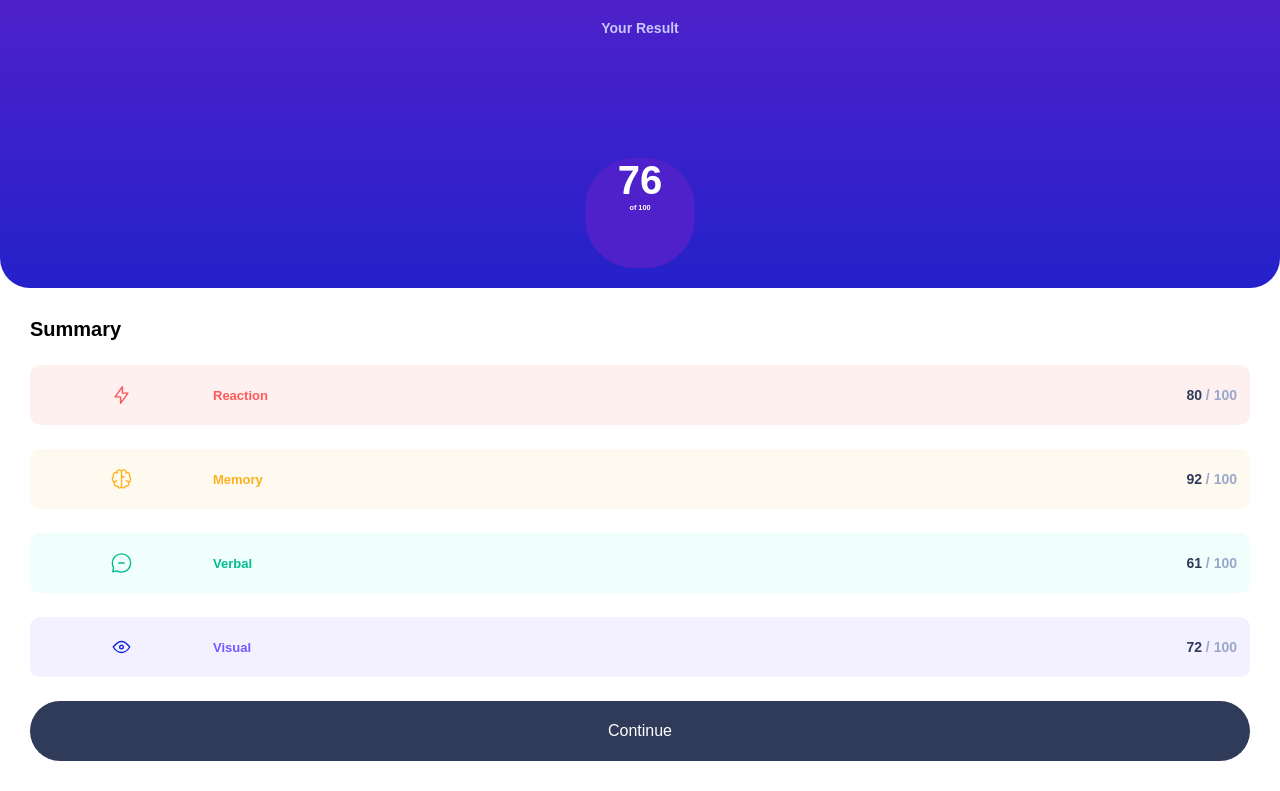
Repository: limaneto/frontend-mentor-results-summary
Page: index.html
The author's editor kept a copy of each file at every save. The page is drawn from the files as they stood at one save, then again after the next save.
The browser window is 1280 px wide. The pictures show the whole page.

Above is the page before, as saved 2023-11-06 09:05:18.

### index.html
<!DOCTYPE html>
<html lang="en">
  <head>
    <meta charset="UTF-8">
    <meta name="viewport" content="width=device-width, initial-scale=1.0">
    <link rel="stylesheet" href="style.css">
  </head>
  <body>
    <main>
      <section id='result'>
        <h1>Your Result</h1>
        <span id='score'>
          <h2>76</h2>
          <h3>of 100</h3>
        </span>
      </section>
      <summary>
        <h2>Summary</h2>
        <ul>
          <li id='reaction'>
            <img id='icons' src="./assets/images/icon-reaction.svg" alt="Lightning">
            Reaction
            <span>
              80 <span>/ 100</span>
            </span>
          </li>
          <li id='memory'>
            <img id='icons' src="./assets/images/icon-memory.svg" alt="Brain">
            Memory
            <span>
              92 <span>/ 100</span>
            </span>
          </li>
          <li id='verbal'>
            <img id='icons' src="./assets/images/icon-verbal.svg" alt="Cloud">
            Verbal
            <span>
              61 <span>/ 100</span>
            </span>
          </li>
          <li id='visual'>
            <img id='icons' src="./assets/images/icon-visual.svg" alt="Eye">
            Visual
            <span>
              72 <span>/ 100</span>
            </span>
          </li>
        </ul>
        <button>Continue</button>
      </summary>
    </main>
  </body>
</html>

### style.css
:root {
  --red: #ff5959;
  --orangey:	#ffb01f;
  --green: #00bd91;
  --blue: #1125d4;
  --pale-blue: #ebf1ff;
  --white: #ffffff;
  --dark-gray-blue: #303b5a;
  --lavender: #c8c7ff;
  --g-slate-blue: #7857ff;
  --g-royal-blue: #2e2be9;
  --g-violet-blue: #4e21ca;
  --g-persian-blue: #2421ca;
}

@font-face {
  font-family: 'HankenGrotesk', sans-serif;
  src: url(./assets/fonts//HankenGrotesk-VariableFont_wght.ttf);
}

* {
  box-sizing: border-box;
  margin: 0;
  padding: 0;
}

html, body {
  font-size: 62.5%;
  font-family: 'HankenGrotesk', sans-serif;
  height: 100vh;
  width: 100vw;
}

li {
  display: block;
}

main {
  height: 100%;
  width: 100%;
}

section {
  display: flex;
  flex-direction: column;
  align-items: center;
  justify-content: space-between;
  padding: 2.0rem;
  height: 40%;
  background: linear-gradient(0deg, var(--g-persian-blue) 0%, var(--g-violet-blue) 100%);
  background-color: var(--g-royal-blue);
  border-bottom-left-radius: 30px;
  border-bottom-right-radius: 30px;
  color: var(--white);
}

section > h1 {
  font-size: 1.4rem;
  color: var(--lavender);
}

#score {
  text-align: center;
  height: 110px;
  width: 110px;
  border-radius: 5rem;
  background-color: var(--g-violet-blue);
}

#score > h2 {
  font-size: 4rem;
}

summary {
  padding: 30px;
}

summary > h2 {
  font-size: 2rem;
}

summary > ul > li {
  font-size: 1.3rem;
  font-weight: bold;
  display: flex;
  align-items: center;
  width: 100%;
  height: 60px;
  border-radius: 10px;
  background-color: #00bd91;
  margin: 24px 0;
}

#reaction {
  color: var(--red);
  background-color: hsl(0, 100%, 97%);
}

#memory {
  color: var(--orangey);
  background-color: hsl(39, 100%, 97%);
}

#verbal {
  color: var(--green);
  background-color: hsl(166, 100%, 97%);
}

#visual {
  color: var(--g-slate-blue);
  background-color: hsl(252, 100%, 97%);
}

#icons {
  width: 15%;
  height: 2.2rem;
}

li > span {
  color: var(--dark-gray-blue);
  font-size: 1.4rem;
  margin-right: 1.3rem;
  margin-left: auto;
}

li > span > span {
  color: hsl(224, 30%, 70%);
}

summary > button {
  background-color: var(--dark-gray-blue);
  width: 100%;
  height: 60px;
  color: var(--white);
  border: none;
  border-radius: 3.2rem;
  font-size: 1.6rem;
}

After the next save:
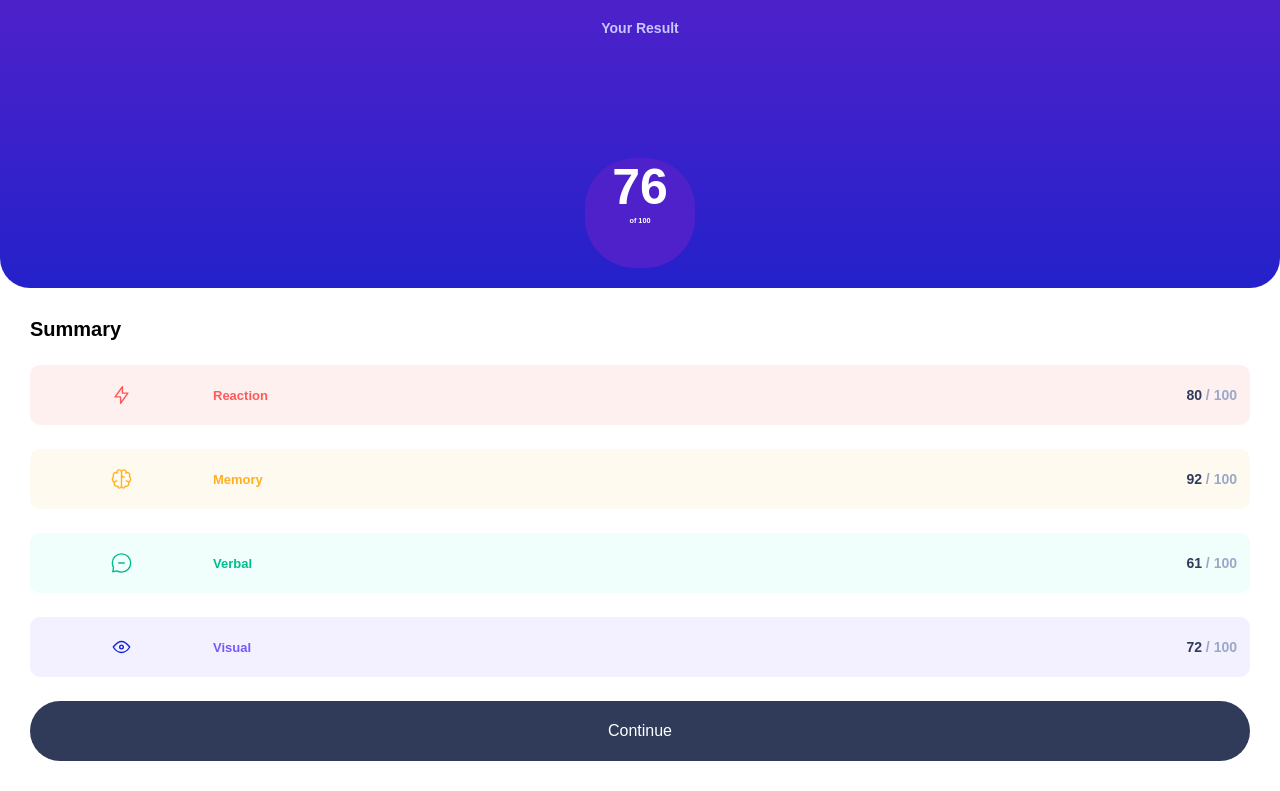
Saved 5 s later.
--- a/style.css
+++ b/style.css
@@ -68,7 +68,7 @@ section > h1 {
 }
 
 #score > h2 {
-  font-size: 4rem;
+  font-size: 5rem;
 }
 
 summary {
